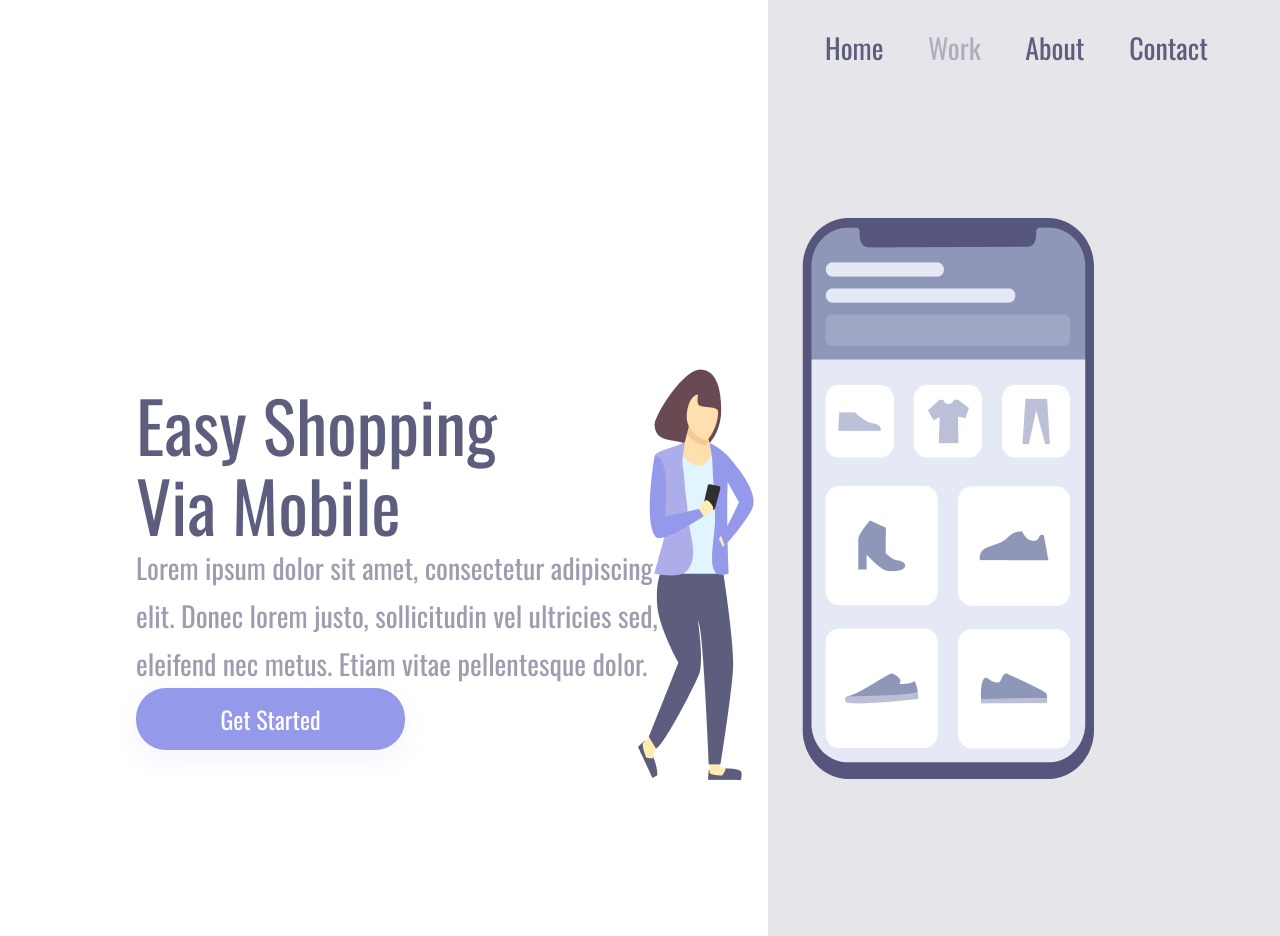
Repository: Leo-Marques-882/Projeto-Git-2
Page: index.html
The author's editor kept a copy of each file at every save. The page is drawn from the files as they stood at one save, then again after the next save.
The browser window is 1280 px wide. The pictures show the whole page.

Above is the page before, as saved 2023-03-07 00:29:18.

### index.html
<!DOCTYPE html>
<html lang="pt_br">

<head>
    <meta charset="UTF-8">
    <meta http-equiv="X-UA-Compatible" content="IE=edge">
    <meta name="viewport" content="width=device-width, initial-scale=1.0">
    <link rel="stylesheet" href="styless.css">
    <link rel="preconnect" href="https://fonts.googleapis.com">
    <link rel="preconnect" href="https://fonts.gstatic.com" crossorigin>
    <link href="https://fonts.googleapis.com/css2?family=Oswald&display=swap" rel="stylesheet">

    <title>Projeto 1</title>
</head>

<body>
    <div class="wrapper">
        <section class="container-left">
            <h1>Easy Shopping Via Mobile</h1>
            <p>Lorem ipsum dolor sit amet, consectetur adipiscing
                elit. Donec lorem justo, sollicitudin vel ultricies sed,
                eleifend nec metus. Etiam vitae pellentesque dolor. </p>
            <button>Get Started</button>
        </section>
        <section class="container-right">
            <header>
                <a>Home</a>
                <a>Work</a>
                <a>About</a>
                <a>Contact</a>
            </header>
            <img src="./img/Illustration.png" alt="girl-cellphone">
        </section>
    </div>
</body>

</html>

### styless.css
* {
    margin: 0;
    padding: 0;
    box-sizing: border-box;
    font-family: 'Oswald', sans-serif;
}

.wapper {
    height: 100vh;
    width: 100%;
}

.container-left {
    display: inline-block;
    width: 60%;
    margin-top: 30%;
    padding-left: 136px;
    padding-right: 82px;
}

h1 {
    font-weight: 400;
    font-size: 70px;
    line-height: 80px;
    color: #5D5D7D;
    width: 368px;
}

p {
    font-weight: 400;
    font-size: 28px;
    line-height: 48px;
    color: #5D5D7D;
    opacity: 0.6;
    margin: 15px -117;
    width: 540px;
}

button {
    width: 269px;
    height: 62px;
    background: #9499EA;
    box-shadow: 0px 10px 24px rgba(148, 153, 234, 0.0979959);
    font-weight: 400;
    font-size: 24px;
    line-height: 36px;
    text-align: center;
    color: #FFFFFF;
    border-radius: 30px;
    border: none;
    cursor: pointer;
}

button:hover {
    opacity: .8;
}

button:active {
    opacity: .5;
}

.container-right {
    display: inline-block;
    background-color: rgba(93, 93, 125, 0.16);
    height: 130vh;
    width: 40%;
    position: absolute;
}

a {
    width: 59px;
    font-weight: 400px;
    font-size: 28px;
    line-height: 41px;
    color: #5D5D7D;
    margin-right: 41px;
    cursor: pointer;
}

a:nth-child(2) {
    opacity: 0.4;
}

a:hover {
    opacity: .4;
}

a:active {
    opacity: .8;
}

img {
    position: relative;
    top: 16%;
    right: 130px;
}

header {
    margin: 27px 0 0 57px;
}

After the next save:
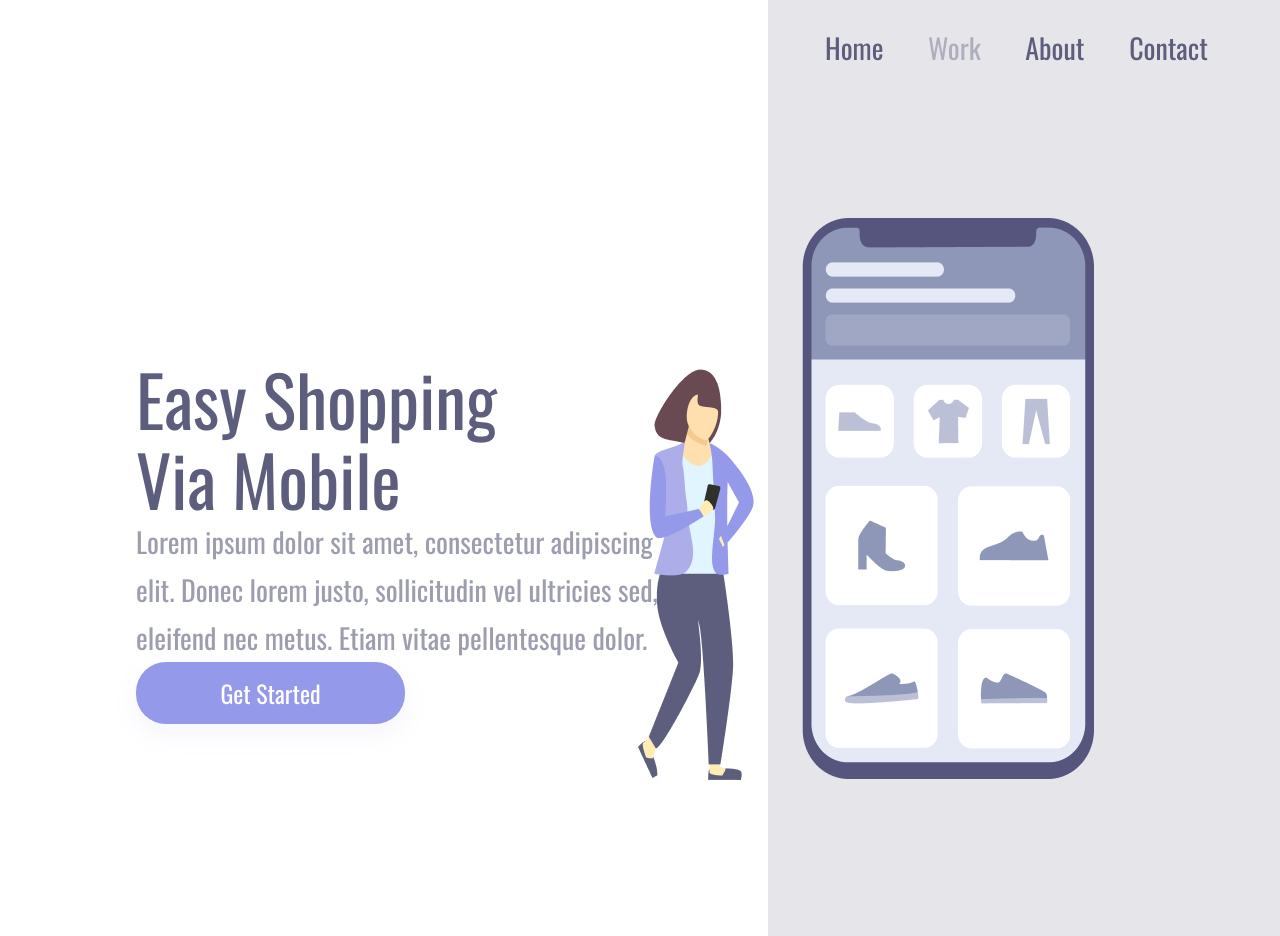
Saved 4 min 3 s later.
--- a/styless.css
+++ b/styless.css
@@ -13,7 +13,7 @@
 .container-left {
     display: inline-block;
     width: 60%;
-    margin-top: 30%;
+    margin-top: 28%;
     padding-left: 136px;
     padding-right: 82px;
 }
